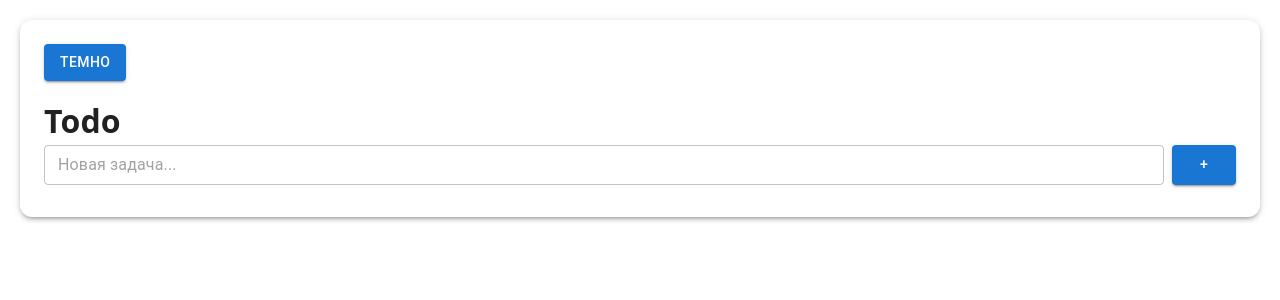
Repository: Burnmyheart/todo-app
Page: /
The author's editor kept a copy of each file at every save. The page is drawn from the files as they stood at one save, then again after the next save.
The browser window is 1280 px wide. The pictures show the whole page.
The project was rebuilt for these pictures with package versions that can differ from the ones it lists, and the page was loaded fresh each time. Also part of the build but not shown: vite.config.ts, src/components/EditTodo/EditTodo.tsx, src/components/TodoItem/TodoItem.tsx, src/components/TodoList/TodoList.tsx.

Above is the page before, as saved 2025-09-25 20:43:23.

### src/index.css
/* Сброс браузерных стилей */
* {
  margin: 0;
  padding: 0;
  box-sizing: border-box;
}

html, body, #root {
  width: 100%;
  height: 100%;
  font-family: system-ui, -apple-system, BlinkMacSystemFont, "Segoe UI", Roboto, Helvetica, Arial, sans-serif;
  background-color: #fff;
  color: #000;
}


a {
  color: inherit;
  text-decoration: none;
}


button {
  font-family: inherit;
  font-size: 1rem;
  cursor: pointer;
  border: none;
  background: none;
}


h1, h2, h3, h4, h5, h6 {
  font-weight: 600;
}

### src/App.tsx
import React, { useState, useEffect } from "react";
import AddTodo from "./components/AddTodo/AddTodo";
import TodoList from "./components/TodoList/TodoList";
import { saveGroups, loadGroups } from "./utils/localStorage";
import type { TodoGroup } from "./types";

import { ThemeProvider, CssBaseline, Button, Paper } from "@mui/material";
import { createTheme } from "@mui/material/styles";

const App: React.FC = () => {
  const [groups, setGroups] = useState<TodoGroup[]>([]);
  const [darkMode, setDarkMode] = useState(false);

  useEffect(() => {
    setGroups(loadGroups());
  }, []);

  useEffect(() => {
    saveGroups(groups);
  }, [groups]);

  const theme = createTheme({
    palette: {
      mode: darkMode ? "dark" : "light",
    },
  });

  const addGroup = (title: string) => {
    const newGroup: TodoGroup = {
      id: Date.now(),
      title,
      tasks: [],
      createdAt: new Date(),
    };
    setGroups((prev) => [...prev, newGroup]);
  };

  const updateGroup = (updated: TodoGroup) => {
    setGroups((prev) =>
      prev.map((group) => (group.id === updated.id ? updated : group))
    );
  };

  return (
    <div style={{ padding: "20px", maxWidth: "100%", margin: "0 auto" }}>
      <ThemeProvider theme={theme}>
        <CssBaseline />
        <Paper
          elevation={3}
          sx={{
            p: 3,
            borderRadius: 3,
            bgcolor: darkMode ? "background.default" : "#fff",
          }}
        >
          <Button
            variant="contained"
            onClick={() => setDarkMode((prev) => !prev)}
            sx={{ mb: 2 }}
          >
            {darkMode ? "Светло" : "Темно"}
          </Button>

          <h1>Todo</h1>
          <AddTodo onAdd={addGroup} />
          {groups.map((group) => (
            <TodoList
              key={group.id}
              group={group}
              onUpdateGroup={updateGroup}
            />
          ))}
        </Paper>
      </ThemeProvider>
    </div>
  );
};

export default App;

### src/components/AddTodo/AddTodo.tsx
import React, { useState } from "react";
import { TextField, Button, Stack } from "@mui/material";

interface AddTodoProps {
  onAdd: (text: string) => void;
}

const AddTodo: React.FC<AddTodoProps> = ({ onAdd }) => {
  const [text, setText] = useState("");
  const [error, setError] = useState(false);

  const handleAdd = () => {
    if (!text.trim()) {
      setError(true);
      return;
    }
    onAdd(text);
    setText("");
    setError(false);
  };

  return (
    <Stack direction="row" spacing={1} sx={{ mb: 1 }}>
      <TextField
        value={text}
        onChange={(e) => { setText(e.target.value); setError(false); }}
        size="small"
        placeholder="Новая задача..."
        onKeyDown={(e) => e.key === "Enter" && handleAdd()}
        error={error}
        helperText={error ? "Поле не может быть пустым" : ""}
        fullWidth
      />
      <Button variant="contained" onClick={handleAdd}>+</Button>
    </Stack>
  );
};

export default AddTodo;

### src/utils/localStorage.tsx
import type { TodoGroup } from "../types";

const GROUPS_KEY = "todoGroups";

export const saveGroups = (groups: TodoGroup[]) => {
  localStorage.setItem(GROUPS_KEY, JSON.stringify(groups));
};

export const loadGroups = (): TodoGroup[] => {
  const data = localStorage.getItem(GROUPS_KEY);
  if (!data) return [];

  const groups: TodoGroup[] = JSON.parse(data);

  // Конвертируем строки обратно в Date
  return groups.map(group => ({
    ...group,
    createdAt: new Date(group.createdAt),
    tasks: group.tasks.map(task => ({ ...task, createdAt: new Date(task.createdAt) })),
  }));
};

Loaded but not shown: index.html (common file); src/main.tsx (common file)

After the next save:
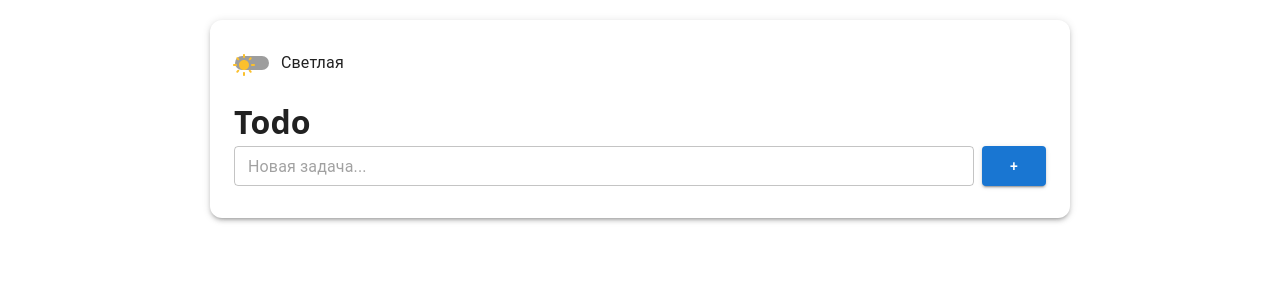
Saved 38 s later.
--- a/src/App.tsx
+++ b/src/App.tsx
@@ -4,8 +4,16 @@ import TodoList from "./components/TodoList/TodoList";
 import { saveGroups, loadGroups } from "./utils/localStorage";
 import type { TodoGroup } from "./types";
 
-import { ThemeProvider, CssBaseline, Button, Paper } from "@mui/material";
+import {
+  ThemeProvider,
+  CssBaseline,
+  Paper,
+  Switch,
+  FormControlLabel,
+} from "@mui/material";
 import { createTheme } from "@mui/material/styles";
+import DarkModeIcon from "@mui/icons-material/DarkMode";
+import LightModeIcon from "@mui/icons-material/LightMode";
 
 const App: React.FC = () => {
   const [groups, setGroups] = useState<TodoGroup[]>([]);
@@ -42,7 +50,7 @@ const App: React.FC = () => {
   };
 
   return (
-    <div style={{ padding: "20px", maxWidth: "100%", margin: "0 auto" }}>
+    <div style={{ padding: "20px", maxWidth: "900px", margin: "0 auto" }}>
       <ThemeProvider theme={theme}>
         <CssBaseline />
         <Paper
@@ -53,13 +61,19 @@ const App: React.FC = () => {
             bgcolor: darkMode ? "background.default" : "#fff",
           }}
         >
-          <Button
-            variant="contained"
-            onClick={() => setDarkMode((prev) => !prev)}
+          <FormControlLabel
+            control={
+              <Switch
+                checked={darkMode}
+                onChange={() => setDarkMode((prev) => !prev)}
+                color="default"
+                icon={<LightModeIcon sx={{ color: "#fbc02d" }} />}
+                checkedIcon={<DarkModeIcon sx={{ color: "#90caf9" }} />}
+              />
+            }
+            label={darkMode ? "Тёмная" : "Светлая"}
             sx={{ mb: 2 }}
-          >
-            {darkMode ? "Светло" : "Темно"}
-          </Button>
+          />
 
           <h1>Todo</h1>
           <AddTodo onAdd={addGroup} />
